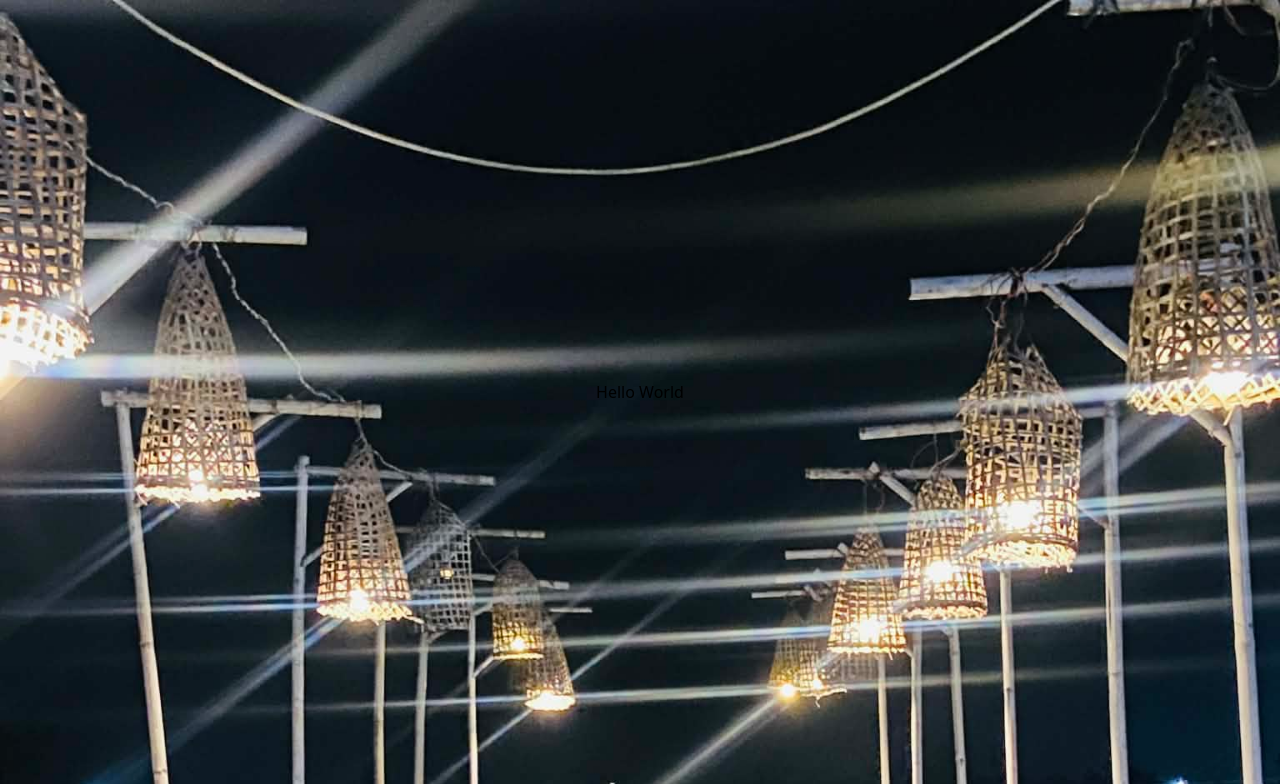
Repository: ridhukhan/chatapp
Page: / (app in frontend/)
These files come from the project's save history. The page is drawn as it stood at one moment and after the next save; the edit follows.
The browser window is 1280 px wide. The pictures show the whole page.
Backgrounds fixed to the window are drawn as part of the page. The project was rebuilt for these pictures with package versions that can differ from the ones it lists, and the page was loaded fresh each time. Also part of the build but not shown: frontend/vite.config.js.

Above is the page before, as saved 2025-12-25 11:50:39.

### frontend/src/index.css
@import "tailwindcss";


body{

background-image: url("/bg1.jpeg");
background-repeat: no-repeat;
background-size: cover;
background-position: center;
background-attachment: fixed;
}

### frontend/src/App.jsx

import './App.css'

function App() {

  return (
    <div className='p-4 h-screen flex items-center justify-center'>
     <h1>Hello World</h1>
    </div>
  )
}

export default App

### frontend/src/Pages/login/Login.jsx
import React from 'react'

const Login = () => {
  return (
    <div className='flex flex-col items-center justify-center min-w-96 max-auto'>

<div className='w-full p-6 rounded-lg shadow-md bg-gray-400 backdrop-filter backdrop-blur-lg bg-opacity-0'></div>
<h1  className='text-3xl font-semibold text-center text-gray-300'>LOGIN</h1>

    </div>
  )
}

export default Login

Loaded but not shown: frontend/index.html (common file); frontend/src/main.jsx (common file); frontend/src/App.css (common file)

After the next save:
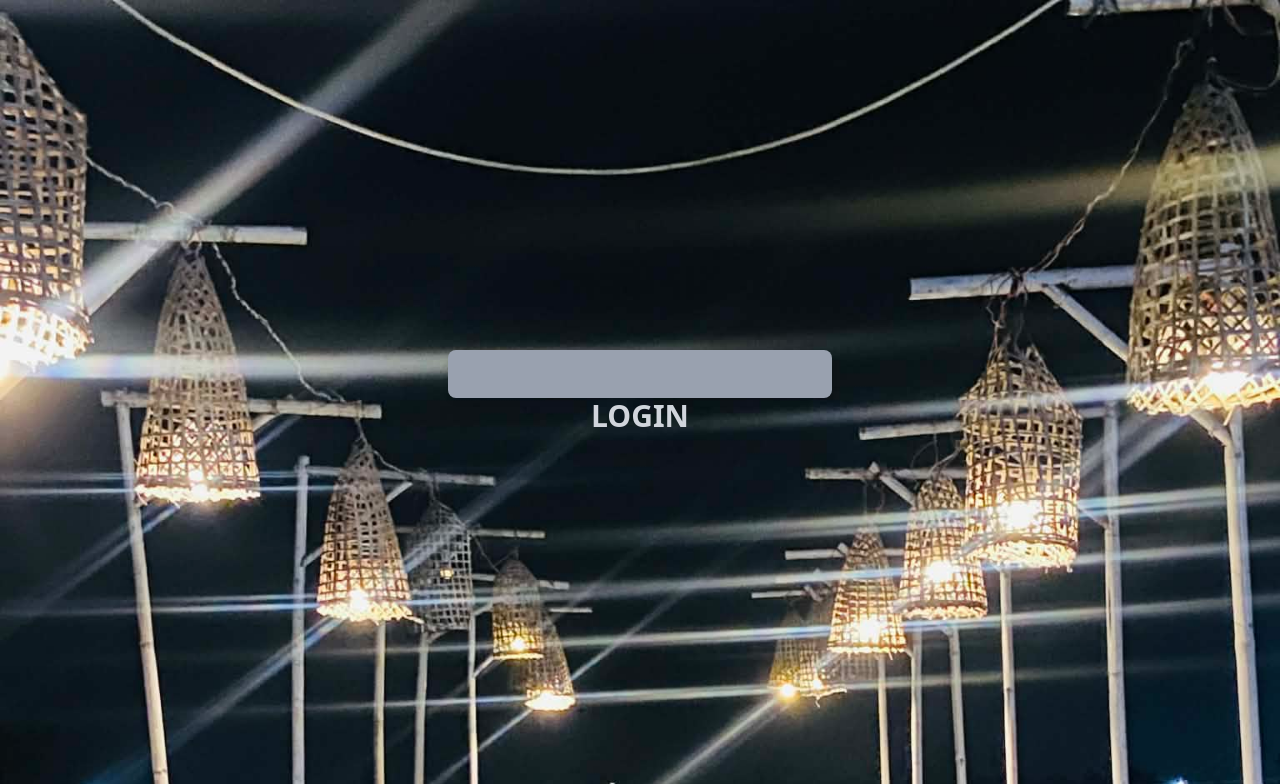
Saved 79 s later.
--- a/frontend/src/App.jsx
+++ b/frontend/src/App.jsx
@@ -1,11 +1,12 @@
 
 import './App.css'
+import Login from './Pages/login/Login'
 
 function App() {
 
   return (
     <div className='p-4 h-screen flex items-center justify-center'>
-     <h1>Hello World</h1>
+     <Login/>
     </div>
   )
 }
